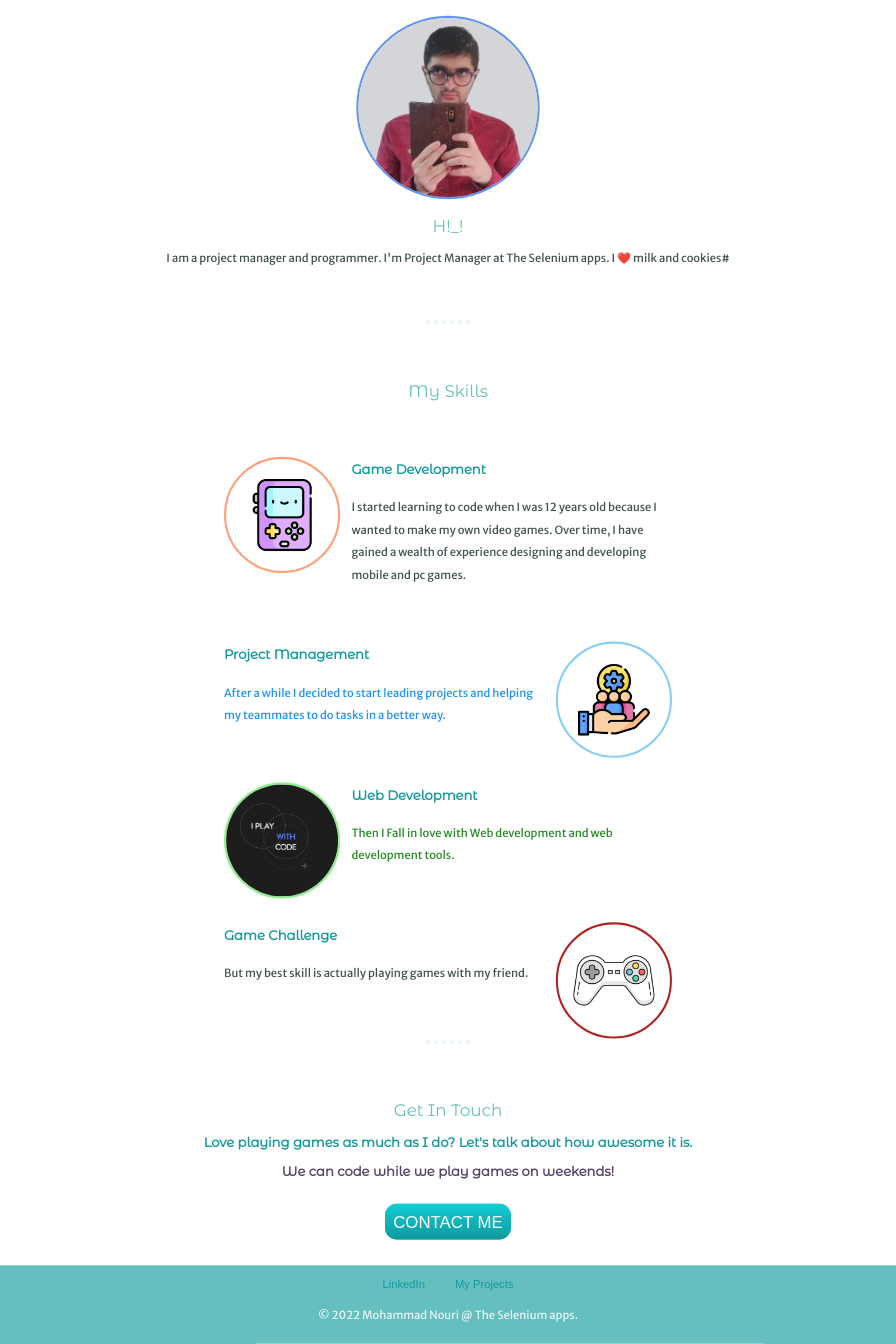
Repository: MNouriWork/CV
Page: index.html
An editor plug-in stored every save of this project. The page is shown before and after the next save, followed by the edit.
The browser window is 1280 px wide. The pictures show the part of the page from y = 1021 to 2941 px (the page is 2941 px tall), at 70% of full size.
A picture or video elsewhere on the page could not be fetched, so the positions and the page height are approximate.

Above is the page before, as saved 2023-02-01 13:34:25.

After the next save:
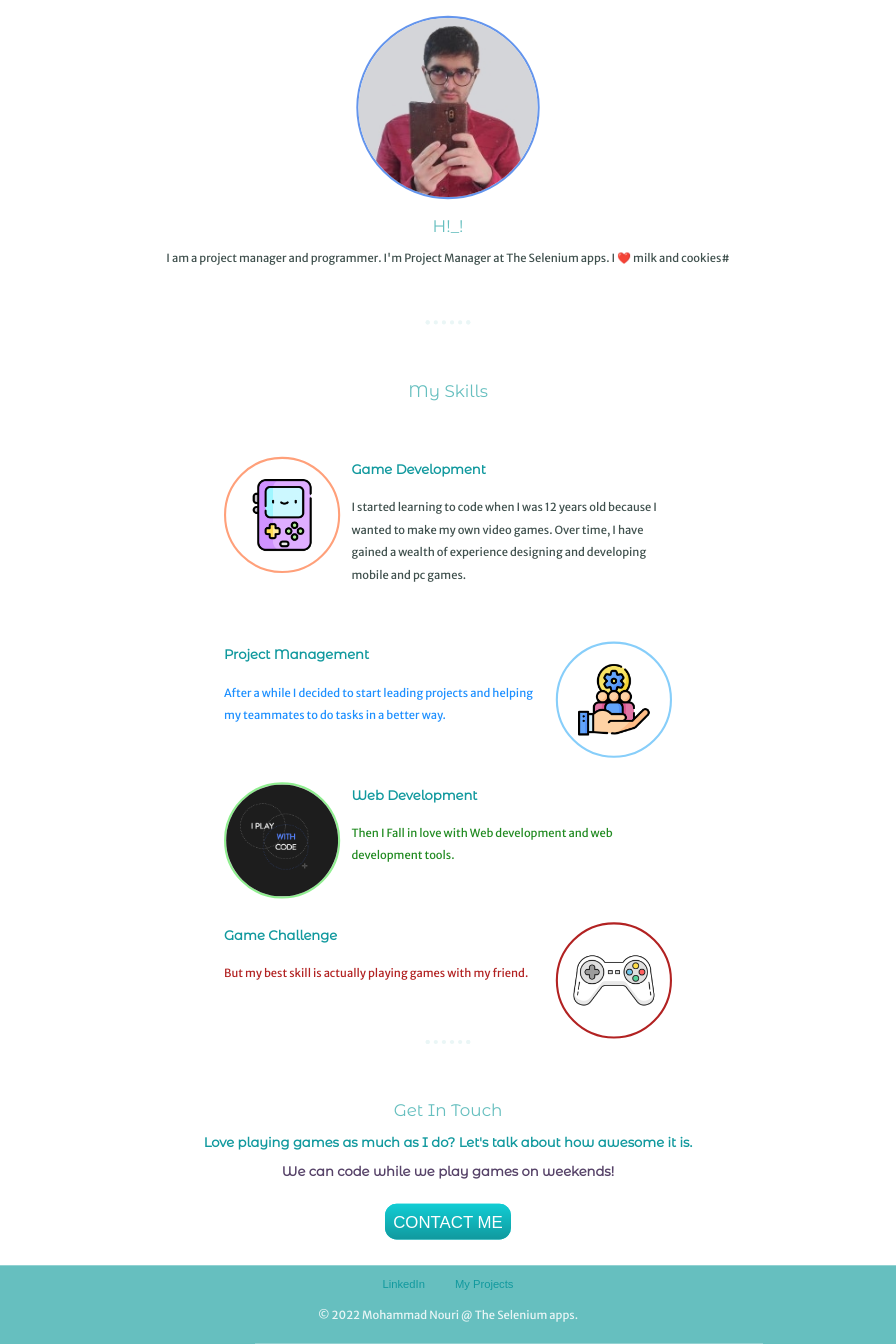
Saved 3 min 0 s later.
--- a/css/styles.css
+++ b/css/styles.css
@@ -139,6 +139,10 @@ a:hover {
 .game-development-description {
 
     color: darksalmon;
+}
+.play-game-description {
+
+    color: firebrick;
 }
 
 .code-img {
